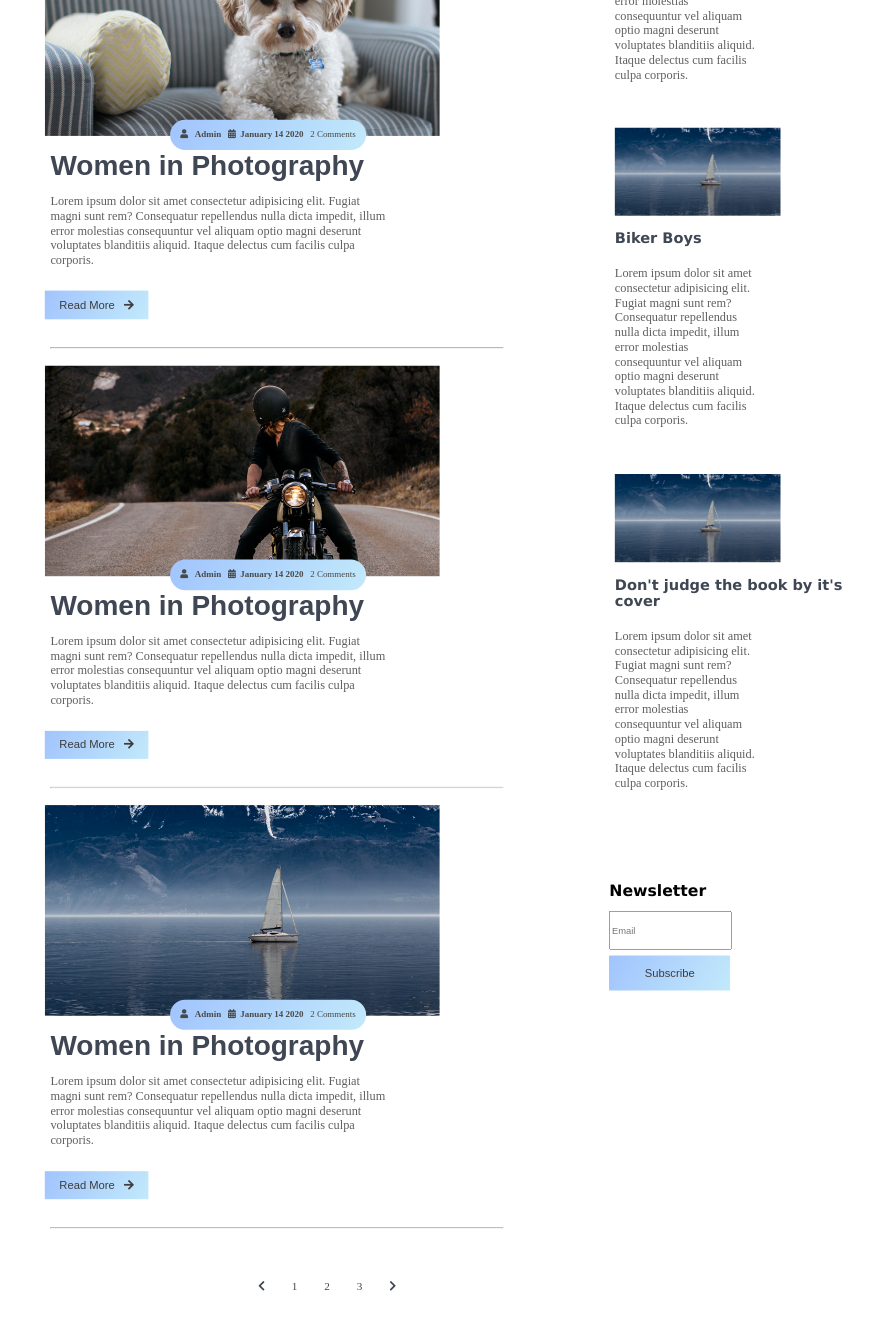
Repository: premjawaharp/Blogsite
Page: index.html
An editor plug-in stored every save of this project. The page is shown before and after a run of saves, followed by the edit.
The browser window is 1280 px wide. The pictures show the part of the page from y = 2033 to 3953 px (the page is 3953 px tall), at 70% of full size.

Above is the page before, as saved 2020-09-16 21:10:47.

### index.html
<!DOCTYPE html>
<html lang="en">
<head>
    <meta charset="UTF-8">
    <meta name="viewport" content="width=device-width, initial-scale=1.0">
    <title>Blogger</title>

    <!--Font Awesome style-->
    <link rel="stylesheet" href="css/all.css">

    <!-- Owl Carousel style -->
    <link rel="stylesheet" href="./css/owl.carousel.min.css">
    <link rel="stylesheet" href="./css/owl.theme.default.css">

    <!--Custom style-->
    <link rel="stylesheet" href="css/style.css">
</head>
<body>
    <!------------- Navigation ------------------>
   <nav class="nav">
        <div class="nav-menu flex-row">
            <div class="nav-brand">
                <a href="#" class="text-gray">Premonation</a>
            </div>
            <div class="toggle-collapse">
                <div class="toggle-icons">
                    <i class="fas fa-bars"></i>
                </div>
            </div>
            <div>
                <ul class="nav-items">
                    <li class="nav-link">
                        <a href="#">Home</a>
                    </li>
                    <li class="nav-link">
                        <a href="#">Category</a>
                    </li>
                    <li class="nav-link">
                        <a href="#">Archive</a>
                    </li>
                    <li class="nav-link">
                        <a href="#">Pages</a>
                    </li>
                    <li class="nav-link">
                        <a href="#">Contact Us</a>
                    </li>
                </ul>
            </div>
            <div class="social text-gray">
                    <a href="#"><i class="fab fa-facebook-f"></i></a>
                    <a href="#"><i class="fab fa-instagram"></i></a>
                    <a href="#"><i class="fab fa-twitter"></i></a>
                    <a href="#"><i class="fab fa-youtube"></i></a>
            </div>
        </div>
    </nav>
    <!-----x------- Navigation --------x--------->

    <!-- Main site section -->
    <main>
        <!---- Site title ---->
        <section class="site-title">
            <div class="site-background">
                <h3>Tours & Travels</h3>
                <h1>Amazing Place on Earth</h1>
                <button class="btn">Explore</button>
            </div>
        </section>
        <!-- x Site title x -->
        <!-- Blog Carousel content -->
        <section>
            <div class="blog">
                <div class="container">
                    <div class="owl-carousel owl-theme blogpost">
                        <div class="blog-content">
                            <img src="./assets/Blog-post/post-1.jpg" alt="post1">
                            <div class="blog-title">
                                <h3>London Fashion Week</h3>
                                <button class="btn">Fashion</button>
                            </div>
                        </div>
                        <div class="blog-content">
                            <img src="./assets/Blog-post/post-2.jpg" alt="post2">
                            <div class="blog-title">
                                <h3>London Fashion Week</h3>
                                <button class="btn">Fashion</button>
                            </div>
                        </div>
                        <div class="blog-content">
                            <img src="./assets/Blog-post/post-3.jpg" alt="post3">
                            <div class="blog-title">
                                <h3>London Fashion Week</h3>
                                <button class="btn">Fashion</button>
                            </div>
                        </div>
                        <div class="blog-content">
                            <img src="./assets/Blog-post/post-1.jpg" alt="post1">
                            <div class="blog-title">
                                <h3>London Fashion Week</h3>
                                <button class="btn">Fashion</button>
                            </div>
                        </div>

                    </div>
                    <div class="owl-navigation">
                        <span class="owl-nav-prev"><i class="fas fa-long-arrow-alt-left"></i></span>
                        <span class="owl-nav-next"><i class="fas fa-long-arrow-alt-right"></i></span>
                    </div>
                </div>
            </div>
        </section>
        <!-- x Blog Carousel content x -->

        <!---- Site Content ---->

        <section class="container">
            <div class="site-content">
                <div class="posts">
                    <div class="post-content">
                        <div class="post-image">
                            <div>
                                <img  src="./assets/Blog-post/blog1.png" class="img" alt="blog1">
                            </div>
                            <div class="post-info flex-row">
                                <span><i class="fas fa-user text-gray">&nbsp;&nbsp; Admin</i></span>&nbsp;
                                <span><i class="fas fa-calendar-alt text-gray">&nbsp;&nbsp;January 14 2020</i></span>&nbsp;
                                <span class="text-gray">2 Comments</span>
                            </div>
                        </div>
                        <div class="post-title">
                            <a href="#"><h1>Women in Photography</h1></a>
                            <p>Lorem ipsum dolor sit amet consectetur adipisicing elit.
                                Fugiat magni sunt rem? Consequatur repellendus nulla dicta impedit, illum error molestias consequuntur vel aliquam optio magni deserunt voluptates blanditiis aliquid. Itaque delectus cum facilis culpa corporis.</p>
                        </div>
                        <button class="btn post-btn">Read More &nbsp; <i class="fas fa-arrow-right"></i></button>
                    </div>
                    <hr>
                    <div class="post-content">
                        <div class="post-image">
                            <div>
                                <img  src="./assets/Blog-post/blog2.png" class="img" alt="blog">
                            </div>
                            <div class="post-info flex-row">
                                <span><i class="fas fa-user text-gray">&nbsp;&nbsp; Admin</i></span>&nbsp;
                                <span><i class="fas fa-calendar-alt text-gray">&nbsp;&nbsp;January 14 2020</i></span>&nbsp;
                                <span class="text-gray">2 Comments</span>
                            </div>
                        </div>
                        <div class="post-title">
                            <a href="#"><h1>Women in Photography</h1></a>
                            <p>Lorem ipsum dolor sit amet consectetur adipisicing elit.
                                Fugiat magni sunt rem? Consequatur repellendus nulla dicta impedit, illum error molestias consequuntur vel aliquam optio magni deserunt voluptates blanditiis aliquid. Itaque delectus cum facilis culpa corporis.</p>
                        </div>
                        <button class="btn post-btn">Read More &nbsp; <i class="fas fa-arrow-right"></i></button>
                    </div>
                    <hr>
                    <div class="post-content">
                        <div class="post-image">
                            <div>
                                <img  src="./assets/Blog-post/blog3.png" class="img" alt="blog3">
                            </div>
                            <div class="post-info flex-row">
                                <span><i class="fas fa-user text-gray">&nbsp;&nbsp; Admin</i></span>&nbsp;
                                <span><i class="fas fa-calendar-alt text-gray">&nbsp;&nbsp;January 14 2020</i></span>&nbsp;
                                <span class="text-gray">2 Comments</span>
                            </div>
                        </div>
                        <div class="post-title">
                            <a href="#"><h1>Women in Photography</h1></a>
                            <p>Lorem ipsum dolor sit amet consectetur adipisicing elit.
                                Fugiat magni sunt rem? Consequatur repellendus nulla dicta impedit, illum error molestias consequuntur vel aliquam optio magni deserunt voluptates blanditiis aliquid. Itaque delectus cum facilis culpa corporis.</p>
                        </div>
                        <button class="btn post-btn">Read More &nbsp; <i class="fas fa-arrow-right"></i></button>
                    </div>
                    <hr>
                    <div class="post-content">
                        <div class="post-image">
                            <div>
                                <img  src="./assets/Blog-post/blog4.png" class="img" alt="blog3">
                            </div>
                            <div class="post-info flex-row">
                                <span><i class="fas fa-user text-gray">&nbsp;&nbsp; Admin</i></span>&nbsp;
                                <span><i class="fas fa-calendar-alt text-gray">&nbsp;&nbsp;January 14 2020</i></span>&nbsp;
                                <span class="text-gray">2 Comments</span>
                            </div>
                        </div>
                        <div class="post-title">
                            <a href="#"><h1>Women in Photography</h1></a>
                            <p>Lorem ipsum dolor sit amet consectetur adipisicing elit.
                                Fugiat magni sunt rem? Consequatur repellendus nulla dicta impedit, illum error molestias consequuntur vel aliquam optio magni deserunt voluptates blanditiis aliquid. Itaque delectus cum facilis culpa corporis.</p>
                        </div>
                        <button class="btn post-btn">Read More &nbsp; <i class="fas fa-arrow-right"></i></button>
                    </div>
                    <hr>
                    <div class="pagination flex-row">
                        <a href="#"><i class="fas fa-chevron-left"></i></a>
                        <a href="#" class="page">1</a>
                        <a href="#" class="page">2</a>
                        <a href="#" class="page">3</a>
                        <a href="#" ><i class="fas fa-chevron-right"></i></a>
                    </div>
                </div>
                <aside class="sidebar">
                    <div class="category">
                        <h3>Category</h3>
                        <ul class="category-list">
                            <li class="list-items">
                                <a href="#">Software</a>
                                <span>(05)</span>
                            </li>
                            <li class="list-items">
                                <a href="#">Technology</a>
                                <span>(03)</span>
                            </li>
                            <li class="list-items">
                                <a href="#">Lifestyle</a>
                                <span>(02)</span>
                            </li>
                            <li class="list-items">
                                <a href="#">Shopping</a>
                                <span>(06)</span>
                            </li>
                            <li class="list-items">
                                <a href="#">Food</a>
                                <span>(04)</span>
                            </li>
                        </ul>
                    </div>
                    <div class="popular-post">
                        <h3>Popular Posts</h3>
                        <div class="post-content">
                            <div class="post-image">
                                <div>
                                    <img  src="./assets/Blog-post/blog4.png" class="img" alt="blog3">
                                </div>

                            </div>
                            <div class="post-title">
                                <a href="#"><h4>Women in Photography</h4></a>
                                <p>Lorem ipsum dolor sit amet consectetur adipisicing elit.
                                    Fugiat magni sunt rem? Consequatur repellendus nulla dicta impedit, illum error molestias consequuntur vel aliquam optio magni deserunt voluptates blanditiis aliquid. Itaque delectus cum facilis culpa corporis.</p>
                            </div>
                        </div>
                        <div class="post-content">
                            <div class="post-image">
                                <div>
                                    <img  src="./assets/Blog-post/blog4.png" class="img" alt="blog3">
                                </div>
                            </div>
                            <div class="post-title">
                                <a href="#"><h4>Biker Boys</h4></a>
                                <p>Lorem ipsum dolor sit amet consectetur adipisicing elit.
                                    Fugiat magni sunt rem? Consequatur repellendus nulla dicta impedit, illum error molestias consequuntur vel aliquam optio magni deserunt voluptates blanditiis aliquid. Itaque delectus cum facilis culpa corporis.</p>
                            </div>
                        </div>
                        <div class="post-content">
                            <div class="post-image">
                                <div>
                                    <img  src="./assets/Blog-post/blog4.png" class="img" alt="blog3">
                                </div>
                            </div>
                            <div class="post-title">
                                <a href="#"><h4>Don't judge the book by it's cover</h4></a>
                                <p>Lorem ipsum dolor sit amet consectetur adipisicing elit.
                                    Fugiat magni sunt rem? Consequatur repellendus nulla dicta impedit, illum error molestias consequuntur vel aliquam optio magni deserunt voluptates blanditiis aliquid. Itaque delectus cum facilis culpa corporis.</p>
                            </div>
                        </div>
                        <div class="news-letter">
                            <div class="news-form">
                                <h3>Newsletter</h3>
                                <div class="news-inputs">
                                    <input type="text" class='input-element' placeholder="Email">
                                    <button class="new-form-btn btn">Subscribe</button>
                                </div>

                            </div>
                        </div>

                    </div>
                </aside>

            </div>
        </section>
        <!-- x Site Content x -->

    </main>

    <!-- x Main site section x -->

    <!-- Jquery library -->
    <script src="js/jquery3.5.1.min.js"></script>
    <!-- Owl Carousel Js -->
    <script src="js/owl.carousel.min.js"></script>
    <!-- Custom javascript -->
    <script src="js/script.js"></script>



</body>
</html>

### css/style.css
@import url('./fonts.css');

html,body{
    margin: 0%;
    box-sizing: border-box;
    overflow-x: hidden;
}

:root{

    /*--------- theme font-family --------- */
    --Montserrat: Montserrat, 'Courier New';
    --Monsterrat-bold: Montserrat-Medium;
    --Anton-regular: Anton-Regular;

    /* theme color */
    --text-gray: #3f4654;
    --light-grey: rgb(73, 73, 73);
    --text-light: #5f5f5f;
    --bg-color: black;
    --white: white;
    --mild-grey: rgb(194, 197, 197);
    --midnight: rgb(21, 37, 37);

    /* --------gradient color -------- */
    --sky-blue: linear-gradient(to top, #fff1eb 0%, #ace0f9 100%);
    --mel-green: linear-gradient(to top, #c1dfc4 0%, #deecdd 100%);
    --rare-wind: linear-gradient(to top, #f8d8e8 0%, #c8eef5 100%);
    --water-sky: linear-gradient(120deg, #a1c4fd 0%, #c2e9fb 100%);;

}




/* --------global classes-------- */
a{
    text-decoration: none;
    color: var(--text-gray);
}

.flex-row{
    display: flex;
    flex-direction:row ;
    flex-wrap: wrap;
}

ul{
    list-style-type: none;
}

h1{
    font-family: sans-serif;
    font-size: 2.5rem;
}

h3{
    font-family: Geneva;
    font-size: 1.4rem;
}

h4{
    font-family: Geneva;
    font-size: 1.3rem;
}


button.btn{
    border: none;
    border-radius: 4rem;
    padding: 1rem 3rem;
    font-family: sans-serif;
    font-size: 1rem;
    color: rgb(62, 60, 60);
    cursor: pointer;
}

.container{
    margin: 0 5vw;
}

.text-gray{
    color: var(--light-grey);
}

p{
    color: var(--text-light);
    font-size: 1.1rem;
    margin-right: 40%;
}

/* ----x----global classes---x----- */



/* --------navbar-------- */
.nav {
   background: white;
    padding: 0 2rem;
    height: 0rem;
    min-height: 8vh;
    overflow: hidden;
    transition: .5s ease-in;
}
.nav-brand {
    font-size: 1.6rem;
    padding: 1.6rem 0;
    font-family: var(--Monsterrat-bold) ;
}

.nav .nav-menu{
    justify-content: space-between;
    font-family: var(--Montserrat)
}

.nav .toggle-collapse{
    position: absolute;
    top:0%;
    width: 90%;
    cursor: pointer;
    display: none;
}
.nav .toggle-collapse .toggle-icons{
    display: flex;
    justify-content: flex-end;
    padding: 1.7rem 0;
}
.nav .toggle-collapse .toggle-icons i{
    font-size: 1.4rem;
    color: var(--midnight);
}


.collapse{
    height: 30rem;
}

.nav .nav-items{
    display: flex;
    margin: 0;
    padding: .5rem;

}
.nav-link{
    padding: 1.6rem 1rem;
    font-size: 1.1rem;
    position: relative;
}
.nav-link:hover{
    background-color: rgb(52, 65, 62);
}

.collapse{
    height: 30rem;
}
.nav-link:hover a{
    color: white
}

.nav .social{
    padding: 2rem;
}

.nav .social i{
    padding: 0 .3rem;
}
.nav .social i:hover{
    color: var(--mild-grey)
}

/* ----x----navbar----x---- */

/* Main Content */


/* --- Site title --- */

main .site-title{
    background:url('../assets/Background-image.png');
    background-size: cover;
    height: 100vh;
    display: flex;
    justify-content: center;
}

main .site-title .site-background{
    padding: 10rem;
    text-align: center;
    color: var(--white);
}

main .site-title h1,h3{
    margin: .3rem;
}
main .site-title .btn{
    margin: 1.8rem;
    background: var(--sky-blue);
}

main .site-title .btn:hover{
    background: transparent ;
    border:1px solid rgb(207, 226, 179);
    color:whitesmoke
}

/* ---x Site title x--- */

/*---- blog-carousal -----*/
main .blog{
    background: url('../assets/Abract01.png');
    background-repeat: no-repeat;
    background-position: right;
    height: 70vh;
    width: 100%;
    background-size: 55%;

}

main .blog .blogpost{
    padding-top: 6rem;
}

main .blog .blog-content{
    display: flex;
    flex-direction: column;
    text-align: center;
    width: 70%;
    margin: 3rem 2rem;
    box-shadow: 0 15px 20px grey;
}

main .blog-content .blog-title{
    padding: 2rem 0;
}

main .blog-content .btn{
    background: var(--rare-wind);
    margin: .5rem;
}

section .container .owl-nav{
    position: absolute;
    top:10%;
    width: 100%;
}

section .container .owl-nav .owl-nav-prev,
.container .owl-nav .owl-nav-next{
    color: rgb(78, 77, 77);
    font-size: 2rem;
    background: transparent;
}

.owl-theme .owl-nav [class*='owl-']:hover {
    background: transparent;
    color:grey;
    text-decoration: none;
    outline: none;

}

/*---x blog-carousal x----*/

/* Site Content */
main .site-content{
    display: grid;
    grid-template-columns: 70% 30%;
}

main .post-content .post-title a{
    width: 100%;
    margin-bottom: 5rem;
}
main .post-content .post-title h1{
   margin:0rem
}
/* x Site Content x */

.post-image, .post-title{
    padding: 1rem 0rem;
    position: relative;

}

main .site-content .post-content > .post-image .post-info{
    background: var(--water-sky);
    padding: .7rem;
    font-size: .8rem;
    position: absolute;
    bottom: 0%;
    left: 14vw;
    border-radius: 4rem;

}

main .site-content .post-content > .post-image div{
    overflow: hidden;
}

main .site-content .post-content > .post-image .img{
    width: 70%;
    transition: all 1s ease;
}
main .site-content .post-content > .post-image .img:hover{
    transform: scale(1.2);
}

main .site-content .post-content > .post-image .post-info span{
    margin: .2rem
}

main .post-content .post-title a{
    font-size: 1.5rem;
}

main .post-content{
    width: 100%;
    padding-bottom: 2rem;

}

main .post-content .post-btn {
    border-radius: 0;
    padding: .7rem 1.3rem;
    margin-left: 0rem;
    background: var(--water-sky);
}

.site-content .pagination{
    justify-content: center;
    margin: 4rem 0;
}
.site-content .pagination a{
    padding: .6rem .9rem;
    border-radius: 2rem;
    margin:0 .3rem;
}

.site-content .pagination .page{

    color: var(--text-gray);
}

.site-content .pagination .page:hover{
    cursor: pointer;
    color: white;
    background:var(--text-gray);
}

/*--x Site Content x--*/

/* ---sidebar--- */
.site-content >.sidebar .category-list {
    padding: 0rem 0rem;
    margin: 0rem 0rem;
    width: 80%;
}
.site-content >.sidebar .category-list .list-items{
    background: var(--water-sky);
    padding: .7rem 1rem;
    margin:1rem 0rem;
    border-radius: 2rem;
    width: 60%;
    display: flex;
    justify-content: space-between;

}
.site-content > .sidebar .category-list .list-items:hover {
    cursor: pointer;
    transform: scale(1.1);
    transition: all .5s ease-in-out;
}

.site-content >.sidebar .category-list{
    font-family: sans-serif;
    color: var(--text-gray);
}
.site-content .posts hr{
    margin-left: .5rem;
    width: 80%;

}
.popular-post h3{
    padding-top: 4rem;
    padding-bottom: 1rem;
}
.popular-post h4{
    margin-top: 0rem;
}
.sidebar .popular-post .post-image,.post-title{
    padding-left: .5rem;
    padding-top: 0rem;
}
.news-form h3{
    margin:0rem;
    padding-bottom: 1rem;
}
.news-letter .news-form input{
    width: 13vw;
    height: 7vh;
}
.news-inputs{
    display: flex;
    width: 50%;
    flex-direction: column;
}
.new-form-btn{
    margin:.5rem 0rem;
    border-radius: 1% !important;
    background: var(--water-sky);
}




/* -x--sidebar--x- */
/* x Main Content x */
@media only screen and (max-width: 750px){
    .nav .nav-menu, .nav-items{
        flex-direction: column;
    }

    .nav .toggle-collapse{
        display: initial;
    }

}

/* viewoprt less than or equal to 750px */

### css/fonts.css
@font-face{
    font-family: Montserrat;
    src: url(../Montserrat/Montserrat-Light.ttf)
}
@font-face{
    font-family: Montserrat-Bold;
    src: url(../Montserrat/Montserrat-Bold.ttf)
}
@font-face{
    font-family: Montserrat-SemiBold;
    src: url(../Montserrat/Montserrat-SemiBold.ttf)
}
@font-face{
    font-family: Montserrat-Medium;
    src: url(../Montserrat/Montserrat-Regular.ttf)
}

@font-face{
    font-family: Anton-Regular;
    src: url(../Anton/Anton-Regular.ttf)
}

Loaded but not shown: css/all.css (library); css/owl.carousel.min.css (library); css/owl.theme.default.css (common file); js/jquery3.5.1.min.js (library); js/owl.carousel.min.js (library); js/script.js (26 lines, source omitted)

After the next 3 saves:
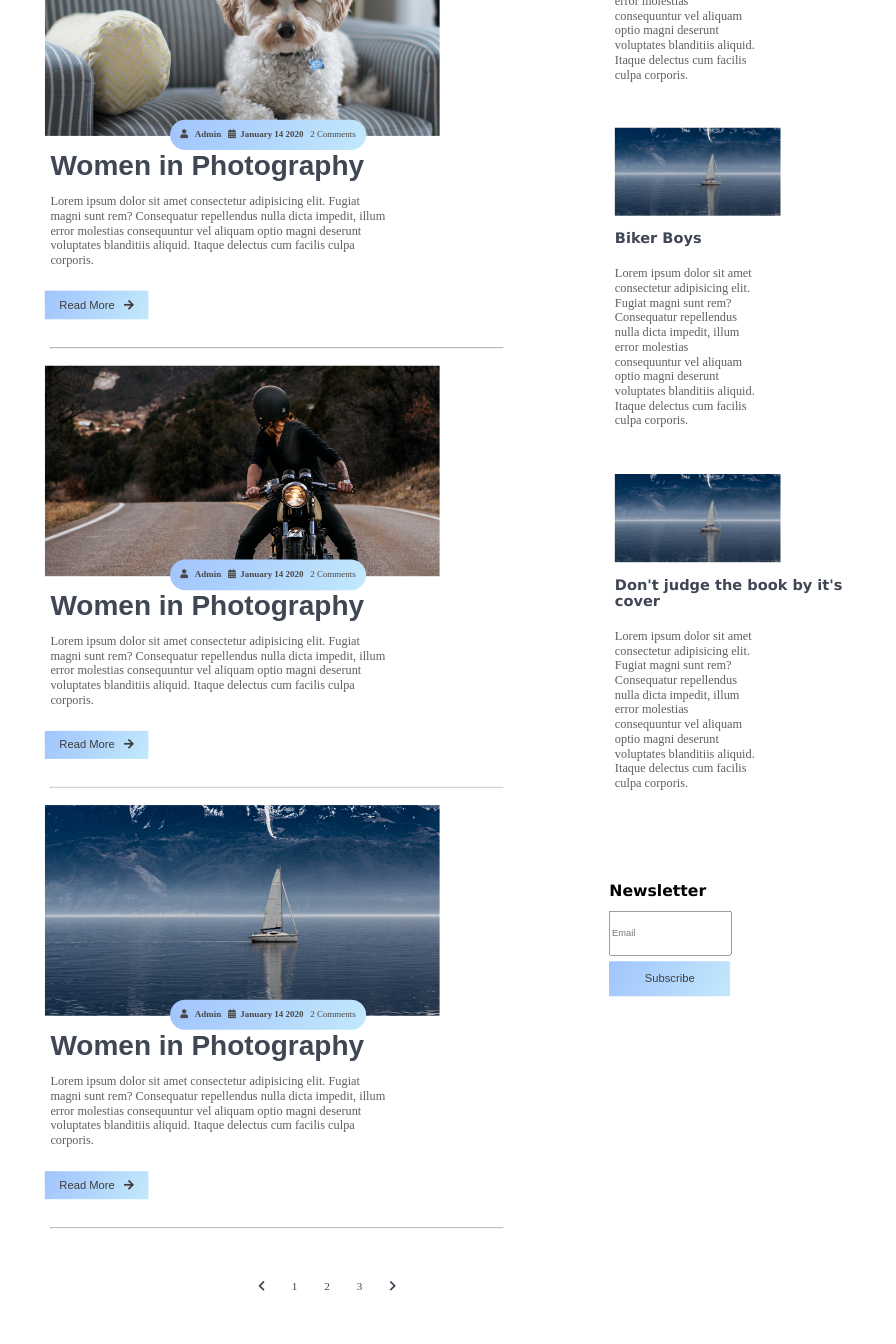
The 3 saves are shown as one change because they came seconds apart.
The last was saved 17 s later.
--- a/css/style.css
+++ b/css/style.css
@@ -397,7 +397,7 @@ main .post-content .post-btn {
 }
 .news-letter .news-form input{
     width: 13vw;
-    height: 7vh;
+    height: 8vh;
 }
 .news-inputs{
     display: flex;
